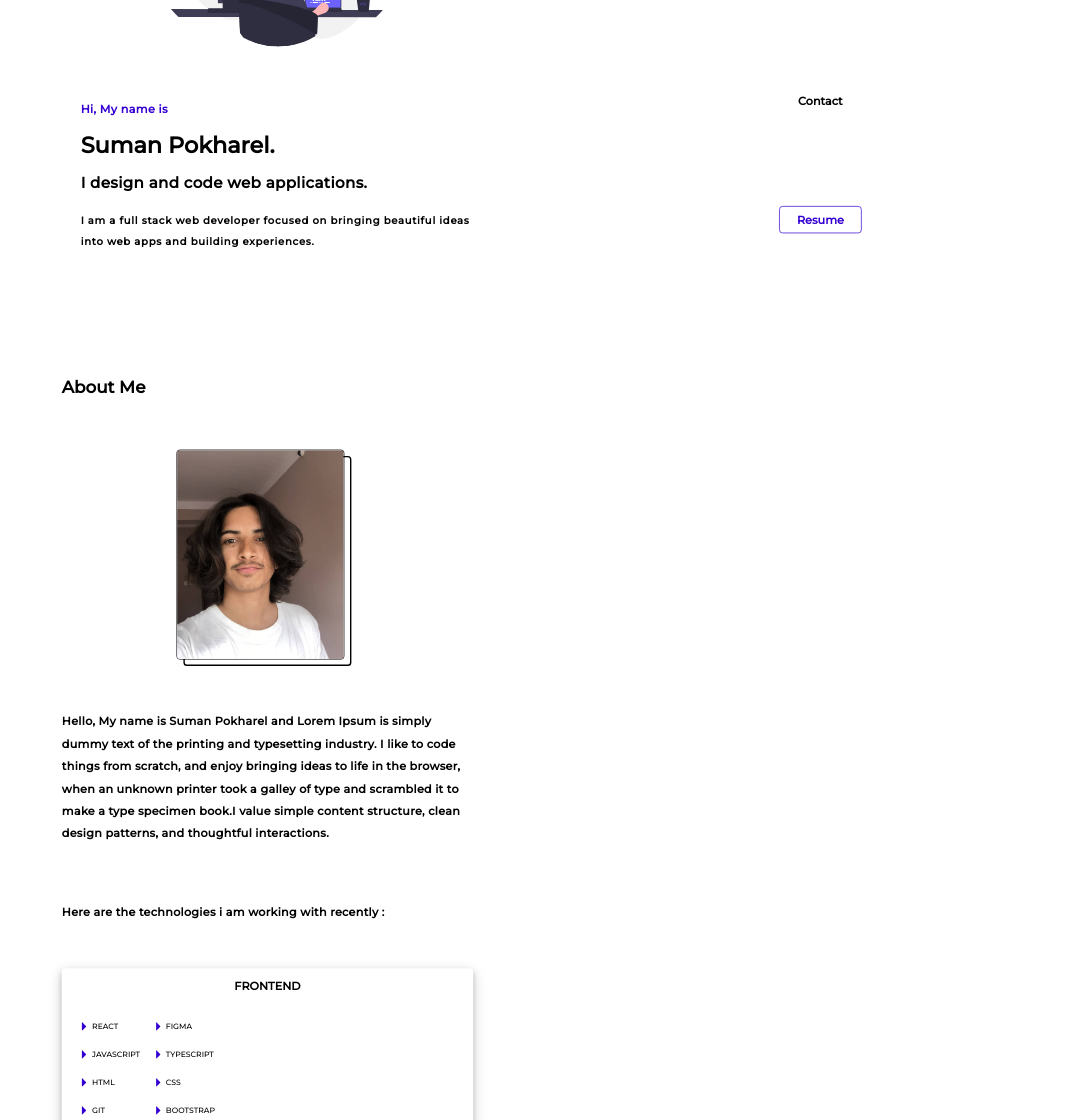
Repository: iamsumanp/portfolio
Page: /
An editor plug-in stored every save of this project. The page is shown before and after the next save, followed by the edit.
The browser window is 768 px wide. The page is 1536 px wide, so the pictures cover 1536 px, including what lies to the right of the window. The pictures show the part of the page from y = 406 to 2006 px (the page is 5929 px tall), at 70% of full size.
The project was rebuilt for these pictures with package versions that can differ from the ones it lists, and the page was loaded fresh each time.

Above is the page before, as saved 2022-07-09 21:55:24.

### public/index.html
<!DOCTYPE html>
<html lang="en">
  <head>
    <meta charset="utf-8" />
    <link rel="icon" href="%PUBLIC_URL%/favicon.ico" />
    <meta name="viewport" content="width=device-width, minimum-scale=1" />
    <meta name="theme-color" content="#000000" />
    <meta
      name="description"
      content="Web site created using create-react-app"
    />
    <link rel="apple-touch-icon" href="%PUBLIC_URL%/logo192.png" />

    <link rel="manifest" href="%PUBLIC_URL%/manifest.json" />
    <link rel="preconnect" href="https://fonts.googleapis.com" />
    <link rel="preconnect" href="https://fonts.gstatic.com" crossorigin />
    <link
      href="https://fonts.googleapis.com/css2?family=Montserrat:wght@500&display=swap"
      rel="stylesheet"
    />
    <title>iamsumanp</title>
  </head>
  <body>
    <div id="root"></div>
  </body>
</html>

### src/App.tsx
import "./App.css";
import { BrowserRouter as Router } from "react-router-dom";
import { NavBar } from "./Components/NavBar";
import "./styles/styles.css";
import { Hero } from "./Components/Hero";
import { AboutMe } from "./Components/AboutMe";
import { Projects } from "./Components/Projects";
import { Contact } from "./Components/Contact";
import { Footer } from "./Components/Footer";

function App() {
  return (
    <Router>
      <NavBar />
      <Hero />
      <AboutMe />
      <Projects />
      <Contact />
      <hr />
      <Footer />
    </Router>
  );
}

export default App;

### src/Components/NavBar.tsx
import React, { useState } from "react";
import { HashLink } from "react-router-hash-link";
const myLogo = require("../assets/logo.png");
export const NavBar = () => {
  const [active, setActive] = useState(false);

  const burgerClick = () => {
    setActive(!active);
  };

  return (
    <nav className="navBar">
      <HashLink to="#heroSection" className="linkHash" smooth>
        <img
          src={myLogo}
          alt="SP"
          className="logoImg"
          onClick={active ? burgerClick : undefined}
        />
      </HashLink>

      <ul className={active ? "navUl nav-active" : "navUl"}>
        <li className="navLinks" onClick={active ? burgerClick : undefined}>
          <HashLink to="#aboutMe" className="linkHash" smooth>
            About me
          </HashLink>
        </li>
        <li className="navLinks" onClick={active ? burgerClick : undefined}>
          <HashLink to="#projectSection" className="linkHash" smooth>
            Projects
          </HashLink>
        </li>
        <li className="navLinks" onClick={active ? burgerClick : undefined}>
          <HashLink to="#contact" className="linkHash" smooth>
            Contact
          </HashLink>
        </li>
        <li className="navLinks resume">Resume</li>
      </ul>
      <div className="burgerMenu" onClick={() => burgerClick()}>
        <div className={active ? "line1 toggle" : "line1"}></div>
        <div className={active ? "line2 toggle2" : "line2"}></div>
        <div className={active ? "line3 toggle3" : "line3"}></div>
      </div>
    </nav>
  );
};

### src/styles/styles.css
:root {
  --main-purple: #3500d3;
}

* {
  box-sizing: border-box;
  font-family: "Montserrat", sans-serif;
}

body {
  margin: 0;
  padding: 0;
}
@media (max-width: 900px) {
  body {
    overflow-x: hidden;
  }
}

.navBar {
  display: flex;
  flex-direction: row;
  justify-content: space-between;
  align-items: center;
  min-height: 5rem;
  font-weight: bolder;
  padding: 0.2% 8%;
}
@media (max-width: 1100px) {
  .navBar {
    margin-bottom: 5rem;
    overflow-x: hidden;
  }
}
.navBar .logoImg {
  height: 25px;
}
.navBar .navUl {
  list-style: none;
  display: flex;
  flex-direction: row;
}
@media (max-width: 900px) {
  .navBar .navUl {
    position: absolute;
    right: 0;
    top: 8vh;
    height: 100vh;
    background-color: rgb(255, 255, 255);
    flex-direction: column;
    width: 100%;
    justify-content: space-evenly;
    transform: translateX(100%);
    transition: transform 0.4s ease-in;
  }
}
.navBar .nav-active {
  transform: translateX(0%);
}
.navBar .burgerMenu {
  display: none;
}
@media (max-width: 900px) {
  .navBar .burgerMenu {
    display: block;
    cursor: pointer;
  }
}
.navBar .burgerMenu .toggle {
  transform: rotate(-45deg) translate(-5px, 6px);
}
.navBar .burgerMenu .toggle2 {
  opacity: 0;
}
.navBar .burgerMenu .toggle3 {
  transform: rotate(45deg) translate(-5px, -6px);
}
.navBar .burgerMenu div {
  width: 25px;
  height: 3px;
  background-color: black;
  transition: transform 0.4s ease;
  margin: 5px;
}
.navBar .navLinks {
  padding: 0 40px;
  cursor: pointer;
  align-self: center;
  text-decoration: none;
}
.navBar .navLinks.resume {
  border: solid 1px var(--main-purple);
  color: var(--main-purple);
  padding: 9px 25px;
  border-radius: 5px;
}
.navBar .navLinks .linkHash {
  text-decoration: none;
  color: black;
}

.heroSection {
  overflow-x: hidden;
  height: 90vh;
  width: 80%;
  display: flex;
  flex-direction: row;
  align-items: center;
  margin: auto;
  padding: 0 2% 0 5%;
}
@media (max-width: 1100px) {
  .heroSection {
    flex-direction: column-reverse;
    justify-content: center;
    align-items: center;
  }
}
.heroSection .content {
  display: flex;
  flex-direction: column;
}
@media (max-width: 1100px) {
  .heroSection .content {
    margin-top: 5rem;
  }
}
.heroSection .content .h4text {
  color: var(--main-purple);
}
.heroSection .content .h1text {
  margin-top: 0;
  font-size: 2.5rem;
}
@media (max-width: 800px) {
  .heroSection .content .h1text {
    font-size: 2rem;
  }
}
.heroSection .content .h4text,
.heroSection .content .h2text {
  letter-spacing: 0.5px;
  margin-top: 0;
}
.heroSection .content .h2text {
  font-size: 1.8rem;
}
@media (max-width: 800px) {
  .heroSection .content .h2text {
    font-size: 1.35rem;
  }
}
.heroSection .content .h5text {
  width: 55%;
  line-height: 2;
  letter-spacing: 1px;
  margin-top: 10px;
  font-size: 0.9rem;
}
@media (max-width: 800px) {
  .heroSection .content .h5text {
    width: 100%;
  }
}
.heroSection .svgImgg {
  margin-left: auto;
  width: 22rem;
}
@media (max-width: 1100px) {
  .heroSection .svgImgg {
    margin-left: 0;
  }
}
@media (max-width: 800px) {
  .heroSection .svgImgg {
    width: 19rem;
  }
}

.aboutMeSection {
  width: 80%;
  margin: auto;
  display: flex;
  flex-direction: column;
  justify-content: center;
  padding: 7% 2% 10% 5%;
}
@media (max-width: 1100px) {
  .aboutMeSection {
    padding: 7rem 2% 10% 1.5%;
  }
}
.aboutMeSection .contentAndImage {
  display: flex;
  flex-direction: row;
}
@media (max-width: 1100px) {
  .aboutMeSection .contentAndImage {
    flex-direction: column-reverse;
    margin-top: 2rem;
  }
}
.aboutMeSection .h2textabout {
  margin-top: -3rem;
}
.aboutMeSection .aboutMeContent {
  display: flex;
  flex-direction: column;
  width: 60%;
}
@media (max-width: 1100px) {
  .aboutMeSection .aboutMeContent {
    width: 100%;
  }
}
.aboutMeSection .imgContainer {
  margin-left: auto;
  margin-top: 2rem;
  position: relative;
  height: 350px;
  width: 280px;
  border: solid 2px black;
  border-radius: 5px;
}
@media (max-width: 1100px) {
  .aboutMeSection .imgContainer {
    margin-left: 0;
    align-self: center;
    margin-bottom: 2rem;
  }
}
@media (max-width: 800px) {
  .aboutMeSection .imgContainer {
    height: 300px;
    width: 240px;
  }
}
.aboutMeSection .imgContainer .imgProfile {
  height: 350px;
  position: absolute;
  right: 8px;
  top: -11px;
  border-radius: 5px;
  border: solid 0.5px black;
}
@media (max-width: 800px) {
  .aboutMeSection .imgContainer .imgProfile {
    height: 300px;
  }
}
.aboutMeSection .spanText {
  font-weight: bold;
  margin-top: 2rem;
  line-height: 2;
  letter-spacing: 0.4px;
}
.aboutMeSection .spanText.tech {
  margin-top: 5rem;
}
.aboutMeSection .backEndFrontEndContainer {
  display: flex;
  flex-direction: row;
  margin-top: 4rem;
  justify-content: space-between;
}
@media (max-width: 1100px) {
  .aboutMeSection .backEndFrontEndContainer {
    flex-direction: column;
  }
}
.aboutMeSection .backEndFrontEndContainer .frontEndBox {
  box-shadow: 0 4px 8px 0 rgba(0, 0, 0, 0.2), 0 6px 20px 0 rgba(0, 0, 0, 0.19);
  padding: 2rem 2.5rem;
  display: flex;
  flex-direction: column;
  border-radius: 5px;
}
@media (max-width: 1100px) {
  .aboutMeSection .backEndFrontEndContainer .frontEndBox {
    padding: 1rem;
    margin-bottom: 3rem;
  }
}
.aboutMeSection .backEndFrontEndContainer .frontEndBox .spanTitle {
  align-self: center;
  text-transform: uppercase;
  font-weight: bold;
}

.frontEndTools,
.backEndBox {
  display: flex;
  flex-direction: row;
  margin-top: 1rem;
}
.frontEndTools .fnTools2,
.backEndBox .fnTools2 {
  margin-left: 3rem;
}
@media (max-width: 900px) {
  .frontEndTools .fnTools2,
.backEndBox .fnTools2 {
    margin-left: 0.1rem;
  }
}
.frontEndTools .fnTool,
.backEndBox .fnTool {
  display: flex;
  align-items: center;
  margin: 1.5rem 0.5rem;
}
.frontEndTools .fnTool .triangleRight,
.backEndBox .fnTool .triangleRight {
  color: var(--main-purple);
}

.techName {
  margin-left: 0.8rem;
  text-transform: uppercase;
  font-size: 15px;
}
@media (max-width: 900px) {
  .techName {
    font-size: 11px;
    margin-left: 0.2rem;
  }
}

.projectsSection {
  width: 80%;
  margin: auto;
  padding: 5% 2% 0 5%;
  display: flex;
  flex-direction: column;
}
@media (max-width: 1100px) {
  .projectsSection {
    padding: 7rem 2% 10% 1.5%;
  }
}
.projectsSection .Project1Container {
  display: flex;
  flex-direction: column;
}
.projectsSection .nameLabelLine {
  margin: 2rem 0;
  display: flex;
  flex-direction: row;
  align-items: center;
}
.projectsSection .nameLabelLine .vl {
  border-bottom: 1px solid gray;
  margin-top: 5px;
  height: inherit;
  width: 35%;
}
@media (max-width: 1100px) {
  .projectsSection .nameLabelLine .vl {
    width: 50%;
  }
}
.projectsSection .h2textabout {
  margin-top: -3rem;
}
.projectsSection .projectContentAndImage {
  display: flex;
  flex-direction: row;
  justify-content: space-between;
}
@media (max-width: 1100px) {
  .projectsSection .projectContentAndImage {
    flex-direction: column-reverse;
  }
}
.projectsSection .projectContentAndImage .hirestationImg {
  height: 15rem;
  border-radius: 5px;
  margin-left: auto;
}
@media (max-width: 1100px) {
  .projectsSection .projectContentAndImage .hirestationImg {
    margin-left: 0;
    align-self: center;
    margin: 2rem 0 4rem 0;
  }
}
@media (max-width: 800px) {
  .projectsSection .projectContentAndImage .hirestationImg {
    height: 10rem;
  }
}
.projectsSection .linksContainer {
  display: flex;
  align-items: center;
  margin: 2rem 0;
}

.projContent {
  width: 50%;
  line-height: 1.5;
  letter-spacing: 0.5px;
}
@media (max-width: 1100px) {
  .projContent {
    width: 100%;
  }
}

.projectLabel {
  font-weight: bold;
  margin-right: 1rem;
}

.Project2Container {
  display: flex;
  flex-direction: column;
  margin-top: 5rem;
  margin-bottom: 7.5rem;
}
.Project2Container .nameLabelLine2 {
  margin: 2rem 0;
  display: flex;
  flex-direction: row;
  justify-content: end;
}
.Project2Container .nameLabelLine2 .vl {
  border-bottom: 1px solid gray;
  margin-bottom: 5px;
  width: 35%;
  margin-right: 1rem;
}
@media (max-width: 1100px) {
  .Project2Container .nameLabelLine2 .vl {
    width: 50%;
  }
}
@media (max-width: 800px) {
  .Project2Container .nameLabelLine2 .vl {
    width: 40%;
  }
}

.projectContentAndImage1 {
  display: flex;
  flex-direction: row;
  justify-content: space-between;
}
@media (max-width: 1100px) {
  .projectContentAndImage1 {
    flex-direction: column;
  }
}
.projectContentAndImage1 .baathcheethImg {
  height: 15rem;
  border-radius: 5px;
  margin-right: auto;
  padding-right: 2rem;
}
@media (max-width: 1100px) {
  .projectContentAndImage1 .baathcheethImg {
    margin-right: 0;
    align-self: center;
    margin: 2rem 0 4rem 0;
  }
}
@media (max-width: 800px) {
  .projectContentAndImage1 .baathcheethImg {
    height: 10rem;
  }
}

.ContactSection {
  width: 80%;
  margin: auto;
  padding: 5% 2% 10% 5%;
  display: flex;
  flex-direction: column;
}
@media (max-width: 1100px) {
  .ContactSection {
    padding: 5rem 2% 10% 1.5%;
  }
}
.ContactSection .formContainer {
  margin-top: 2rem;
}
.ContactSection .nameAndEmailSection {
  display: flex;
  flex-direction: row;
  justify-content: space-between;
}
@media (max-width: 900px) {
  .ContactSection .nameAndEmailSection {
    flex-direction: column;
    width: 100%;
  }
}
.ContactSection .nameAndEmailSection .nameContainer {
  display: flex;
  flex-direction: column;
  width: 90%;
}
@media (max-width: 900px) {
  .ContactSection .nameAndEmailSection .nameContainer {
    width: 100%;
  }
}
.ContactSection .nameAndEmailSection .emailContainer {
  display: flex;
  flex-direction: column;
  width: 90%;
  margin-left: 5rem;
}
@media (max-width: 900px) {
  .ContactSection .nameAndEmailSection .emailContainer {
    margin-left: 0;
    margin-top: 3rem;
    width: 100%;
  }
}
.ContactSection .nameAndEmailSection .inputForm {
  box-shadow: 0 4px 8px 0 rgba(0, 0, 0, 0.2), 0 6px 20px 0 rgba(0, 0, 0, 0.19);
  padding: 0.6rem 0.4rem;
  width: 100%;
  border-width: 1px;
  outline: none;
}
.ContactSection .label {
  margin-bottom: 2rem;
  font-weight: bold;
}
.ContactSection .MessageContainer {
  display: flex;
  flex-direction: column;
  margin-top: 4rem;
}
.ContactSection .MessageContainer #messageArea {
  width: 46.5%;
  box-shadow: 0 4px 8px 0 rgba(0, 0, 0, 0.2), 0 6px 20px 0 rgba(0, 0, 0, 0.19);
  height: 7rem;
  resize: none;
  outline: none;
  padding: 0.5rem 0.4rem;
}
@media (max-width: 900px) {
  .ContactSection .MessageContainer #messageArea {
    width: 100%;
  }
}
.ContactSection .submitBtn {
  background-color: #7a4eff;
  border: none;
  color: aliceblue;
  padding: 0.8rem;
  margin-top: 4rem;
  width: 10rem;
  border-radius: 3px;
  cursor: pointer;
}
@media (max-width: 900px) {
  .ContactSection .submitBtn {
    width: 100%;
  }
}

.footerSection {
  width: 80%;
  margin: auto;
  padding: 3% 2% 4% 1.5%;
}
.footerSection .footerContainer {
  display: flex;
  flex-direction: column;
}
@media (max-width: 900px) {
  .footerSection .footerContainer {
    align-items: center;
  }
}
.footerSection .socialMediaAndQuote {
  display: flex;
  justify-content: space-between;
  align-items: center;
  margin-bottom: 1rem;
}
@media (max-width: 900px) {
  .footerSection .socialMediaAndQuote {
    flex-direction: column;
  }
}
.footerSection .socialMediaAndQuote .icons {
  margin-left: 1rem;
}
@media (max-width: 900px) {
  .footerSection .socialMediaAndQuote .socialMedia {
    margin: 2rem 0;
  }
}

@media (max-width: 800px) {
  .spSpan {
    text-align: center;
  }
}/*# sourceMappingURL=styles_20220709215524.css.map */

### src/Components/Hero.tsx
import SvgImg from "./IconComponent/SvgImg";

export const Hero = () => {
  return (
    <div className="heroSection" id="heroSection">
      <div className="content">
        <h4 className="h4text">Hi, My name is</h4>
        <h1 className="h1text">Suman Pokharel.</h1>
        <h2 className="h2text">I design and code web applications.</h2>
        <h5 className="h5text">
          I am a full stack web developer focused on bringing beautiful ideas
          into web apps and building experiences.
        </h5>
      </div>
      {/* <div className="svgImgg"> */}
      <SvgImg height={221} className="svgImgg" />
      {/* </div> */}
    </div>
  );
};

### src/Components/Contact.tsx
import React, { useState } from "react";

export const Contact = () => {
  const [name, setName] = useState("");
  const [email, setEmail] = useState("");
  const [message, setMessage] = useState("");

  const submitHandler: React.FormEventHandler<HTMLFormElement> = (
    e: React.FormEvent<HTMLFormElement>
  ) => {
    e.preventDefault();

    setName("");
    setEmail("");
    setMessage("");
  };
  return (
    <div className="ContactSection" id="contact">
      <h2 className="h2textabout">Interested In working together?</h2>
      <form className="formContainer" onSubmit={submitHandler}>
        <div className="nameAndEmailSection">
          <div className="nameContainer">
            <label htmlFor="Name" className="label">
              Name :
            </label>
            <input
              type="text"
              value={name}
              className="inputForm"
              onChange={(e) => setName(e.target.value)}
            />
          </div>
          <div className="emailContainer">
            <label htmlFor="Email" className="label">
              Email :
            </label>
            <input
              type="email"
              value={email}
              className="inputForm"
              onChange={(e) => setEmail(e.target.value)}
            />
          </div>
        </div>
        <div className="MessageContainer">
          <label htmlFor="Message" className="label">
            Message(optional) :
          </label>
          <textarea
            name="message"
            id="messageArea"
            // cols=30
            // rows=10
            value={message}
            onChange={(e) => setMessage(e.target.value)}
          ></textarea>
        </div>
        <button className="submitBtn" type="submit">
          SUBMIT
        </button>
      </form>
    </div>
  );
};

### src/Components/Footer.tsx
import React from "react";
import { AiFillGithub, AiFillTwitterCircle } from "react-icons/ai";
import { BsLinkedin, BsFacebook } from "react-icons/bs";

export const Footer = () => {
  return (
    <div className="footerSection">
      <div className="footerContainer">
        <div className="socialMediaAndQuote">
          <span>Learning, Pushing, Rushing</span>
          <div className="socialMedia">
            <a
              href="https://www.linkedin.com/in/suman-pokharel-2a4b61206/"
              target="_blank"
              rel="noreferrer"
            >
              <BsLinkedin size={30} className="icons" fill="#2867B2" />
            </a>

            <a
              href="https://www.facebook.com/summan.pokharel/"
              target="_blank"
              rel="noreferrer"
            >
              <BsFacebook size={30} className="icons" fill="	#4267B2" />
            </a>
            <a
              href="https://github.com/iamsumanp"
              target="_blank"
              rel="noreferrer"
              style={{ color: "black" }}
            >
              <AiFillGithub size={34} className="icons" />
            </a>
            <a
              href="https://twitter.com/Itsmesuman2"
              target="_blank"
              rel="noreferrer"
            >
              <AiFillTwitterCircle size={35} className="icons" fill="#00acee" />
            </a>
          </div>
        </div>
        <span className="spSpan">Designed And Built By Suman Pokhrel</span>
      </div>
    </div>
  );
};

Loaded but not shown: src/index.tsx (common file); src/Components/IconComponent/SvgImg.tsx (791 lines, source omitted); src/Components/Projects.tsx (201 lines, source omitted); src/Components/AboutMe.tsx (107 lines, source omitted); src/App.css (no stored copy; drawn as an empty file)

After the next save:
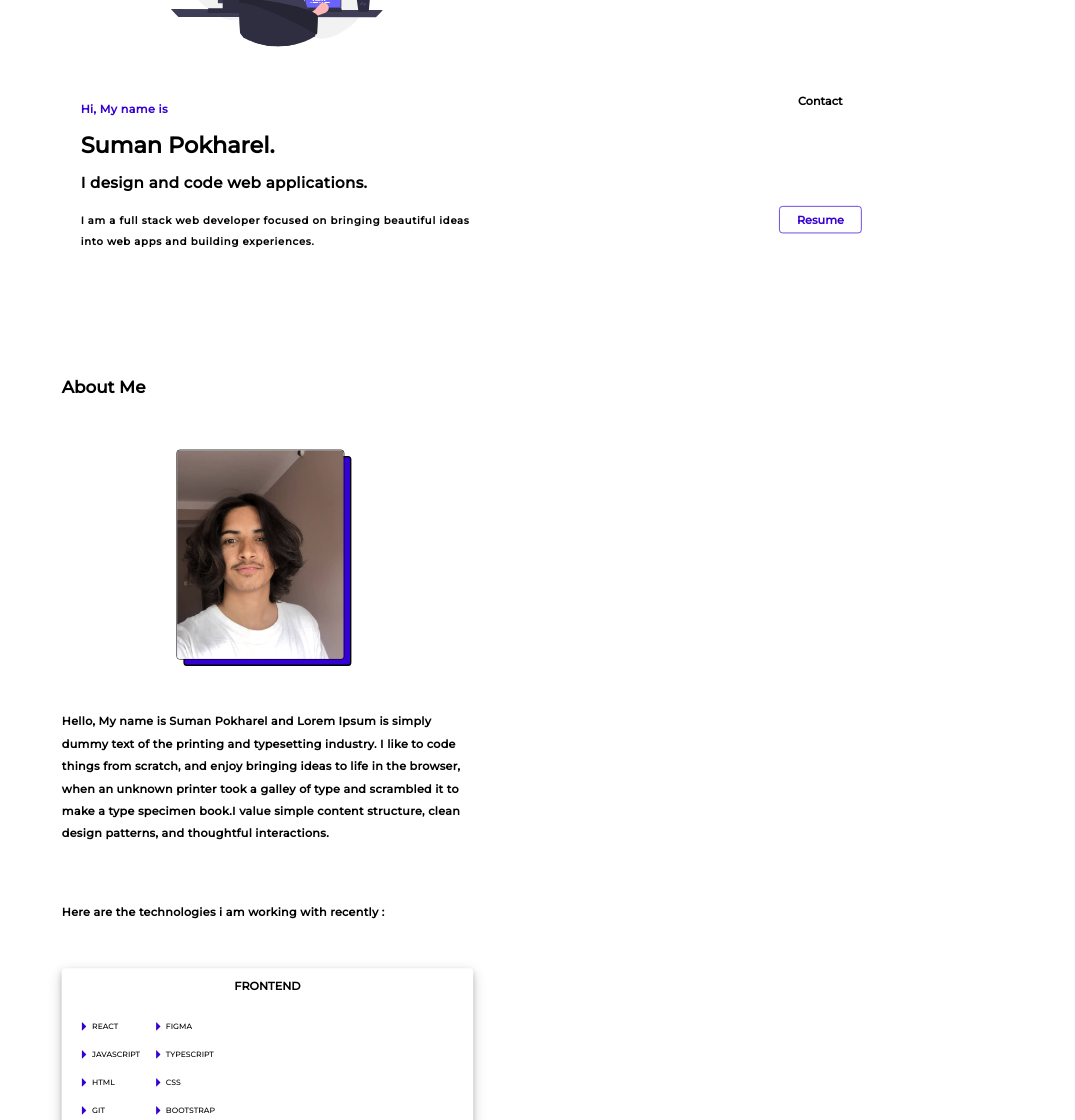
Saved 36 s later.
--- a/src/styles/styles.css
+++ b/src/styles/styles.css
@@ -215,6 +215,7 @@ body {
 }
 .aboutMeSection .imgContainer {
   margin-left: auto;
+  background-color: #3500d3;
   margin-top: 2rem;
   position: relative;
   height: 350px;
@@ -601,4 +602,4 @@ body {
   .spSpan {
     text-align: center;
   }
-}/*# sourceMappingURL=styles_20220709215524.css.map */
+}/*# sourceMappingURL=styles_20220709215600.css.map */
